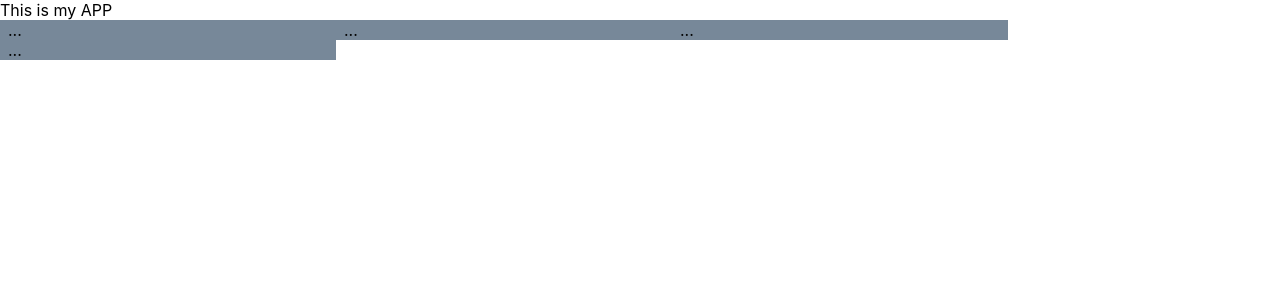
Repository: vnevescode/ui-components-react
Page: /
An editor plug-in stored every save of this project. The page is shown before and after the next save, followed by the edit.
The browser window is 1280 px wide. The pictures show the whole page.
The project was rebuilt for these pictures with package versions that can differ from the ones it lists, and the page was loaded fresh each time.

Above is the page before, as saved 2022-06-09 22:12:45.

### src/App.js
import React from 'react';
import Cards from './components/Cards/Cards';

function App() {
  return (
    <div className="App">
      <div>This is my APP</div>
      <Cards/>
    </div>
  );
}

export default App;

### src/components/Cards/Cards.jsx
import React from 'react'
import './Cards.style.css'

const Cards = () => {
  return (
    <>
        <div className="cards">
            {/* A card with given width */}
            <div className="cards__item">
                {'...'}
            </div>
            {/* Repeat other cards */}
            <div className="cards__item">
                {'...'}
            </div>
            <div className="cards__item">
                {'...'}
            </div>
            <div className="cards__item">
                {'...'}
            </div>
        </div>
    </>
  )
}

export default Cards

### src/components/Cards/Cards.style.css

.cards{
    display: flex;
    flex-wrap: wrap;

}

.cards__item{
    flex-basis: 25%;
    padding-left: 8px;
    padding-right: 8px;
    background-color: lightslategray;
}

Loaded but not shown: public/index.html (common file); src/index.js (common file); src/index.css (common file)

After the next save:
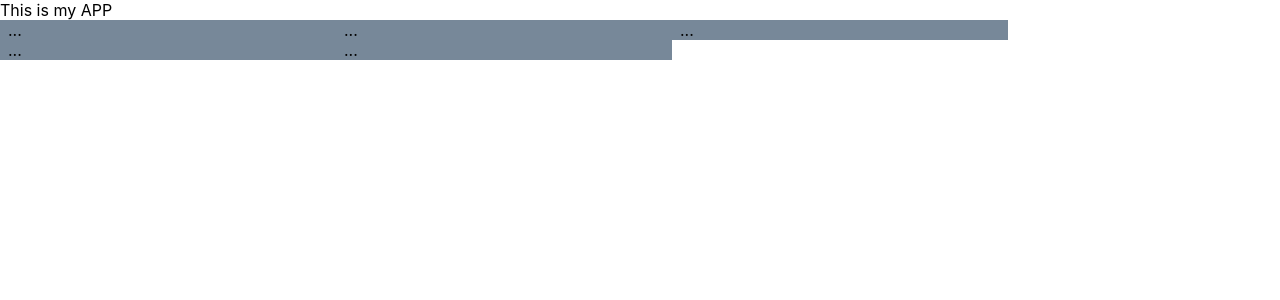
Saved 34 s later.
--- a/src/components/Cards/Cards.jsx
+++ b/src/components/Cards/Cards.jsx
@@ -19,6 +19,9 @@ const Cards = () => {
             <div className="cards__item">
                 {'...'}
             </div>
+            <div className="cards__item">
+                {'...'}
+            </div>
         </div>
     </>
   )
